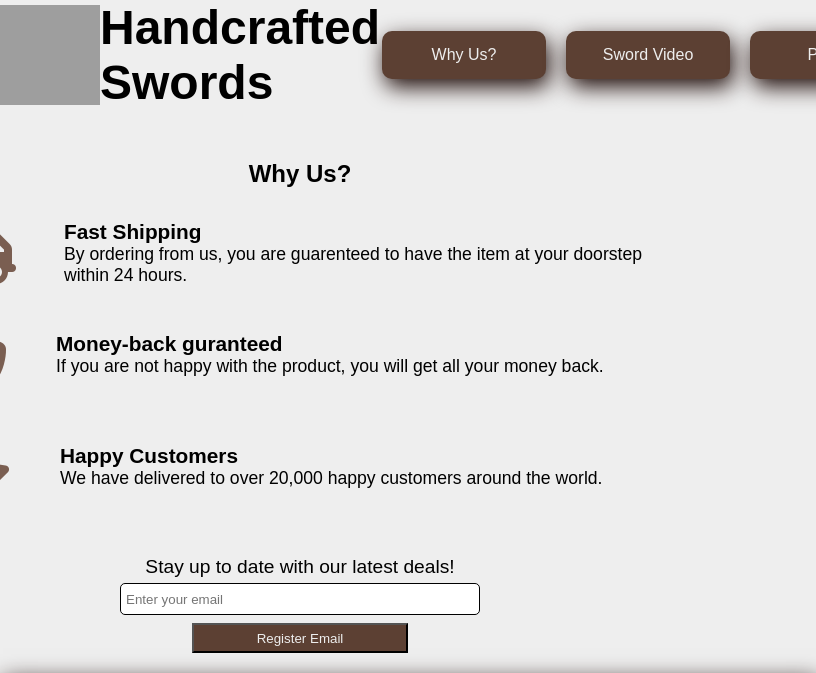
Repository: Pafestivo/Product-Landing-Page
Page: index.html
The author's editor kept a copy of each file at every save. The page is drawn from the files as they stood at one save, then again after the next save.
The browser window is 600 px wide. The page is 816 px wide, so the pictures cover 816 px, including what lies to the right of the window. The pictures show the part of the page from y = 0 to 673 px (the page is 1143 px tall).
Pictures or frames that could not be fetched are drawn as grey boxes. Some web libraries are served in a nearby version.

Above is the page before, as saved 2022-09-15 20:30:49.

After the next save:
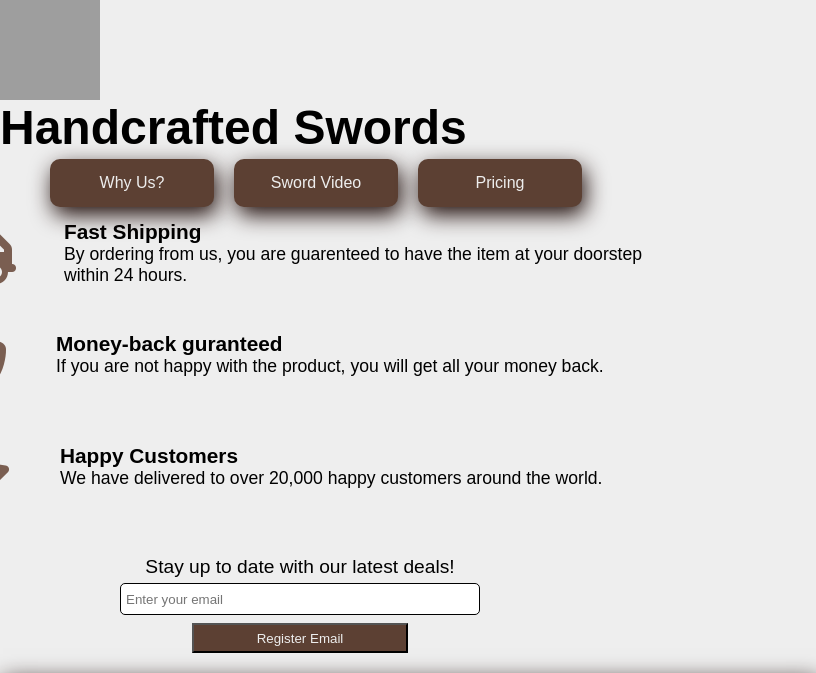
Saved 33 s later.
--- a/styles.css
+++ b/styles.css
@@ -43,7 +43,7 @@
   background-color: #eee;
 }
 
-@media only screen (max-width: 720px) {
+@media only screen and (max-width: 720px) {
   header {
     grid-template-columns: 1fr;
   }
